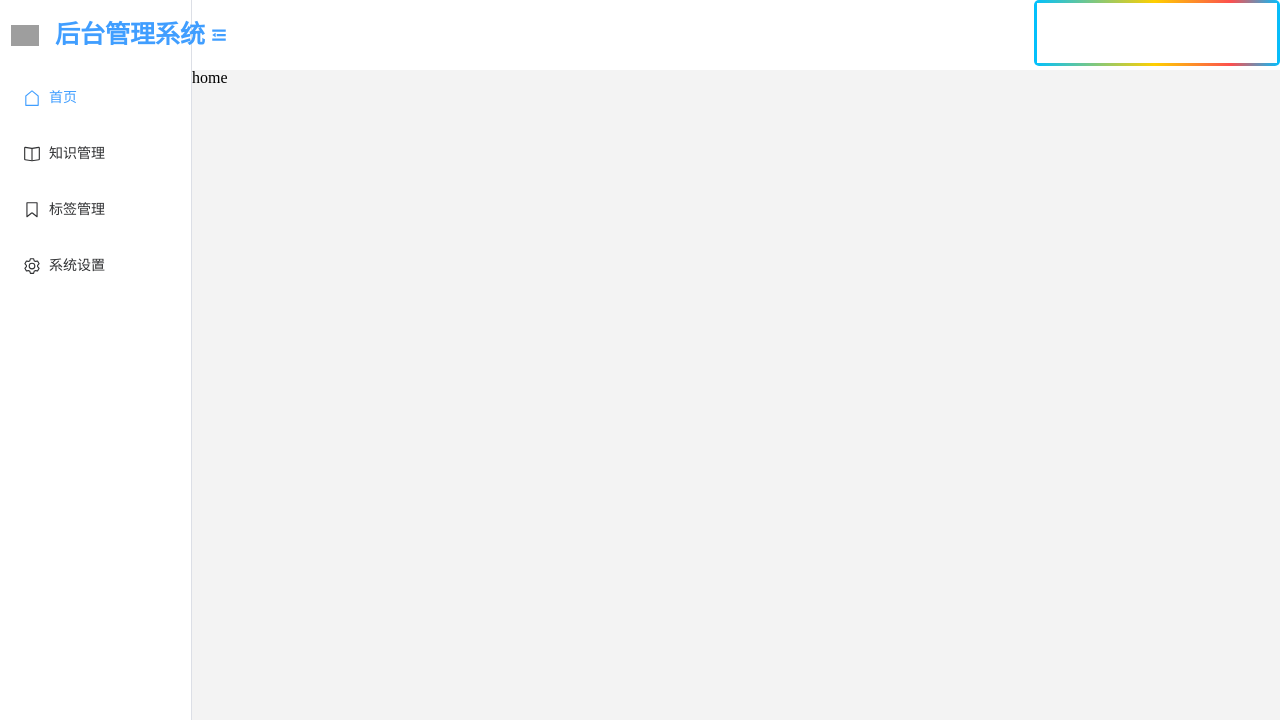
Repository: serrrN/admin
Page: /
These files come from the project's save history. The page is drawn as it stood at one moment and after the next save; the edit follows.
The browser window is 1280 px wide. The pictures show the whole page.
Pictures or frames that could not be fetched are drawn as grey boxes. The project was rebuilt for these pictures with package versions that can differ from the ones it lists, and the page was loaded fresh each time. Also part of the build but not shown: vite.config.ts, src/styles/index.scss.

Above is the page before, as saved 2024-06-05 16:44:12.

After the next save:
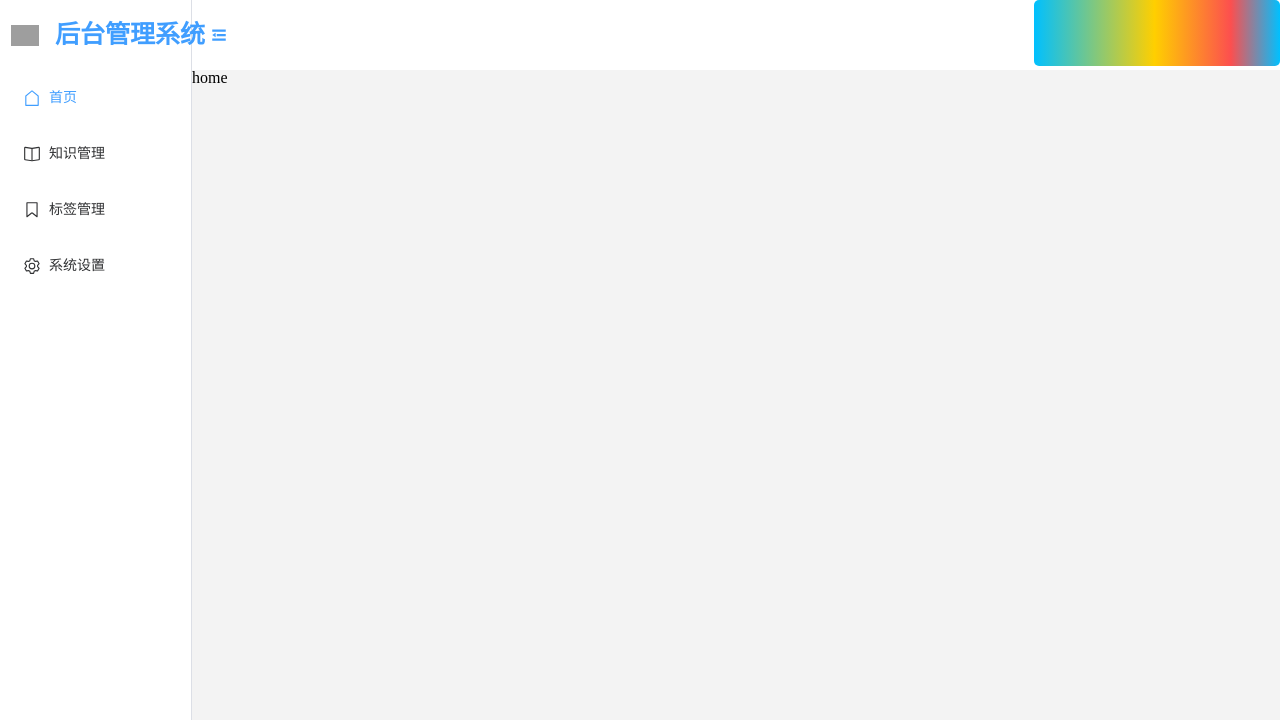
Saved 27 s later.
--- a/src/layout/header/menu/index.vue
+++ b/src/layout/header/menu/index.vue
@@ -21,19 +21,20 @@
   position: relative;
   &::before {
     content: '';
-    width: calc(240px);
-    height: calc(60px);
+    width: 0;
+    height: 0;
     background-color: white;
     display: flex;
     align-items: center;
     justify-content: center;
     visibility: visible;
   }
-
 }
-.header-menu:hover{
-    &::before{
-      visibility: hidden;
-    }
+.header-menu:hover {
+  &::before {
+    width: calc(240px);
+    height: calc(60px);
+    visibility: hidden;
   }
+}
 </style>

After the save that followed:
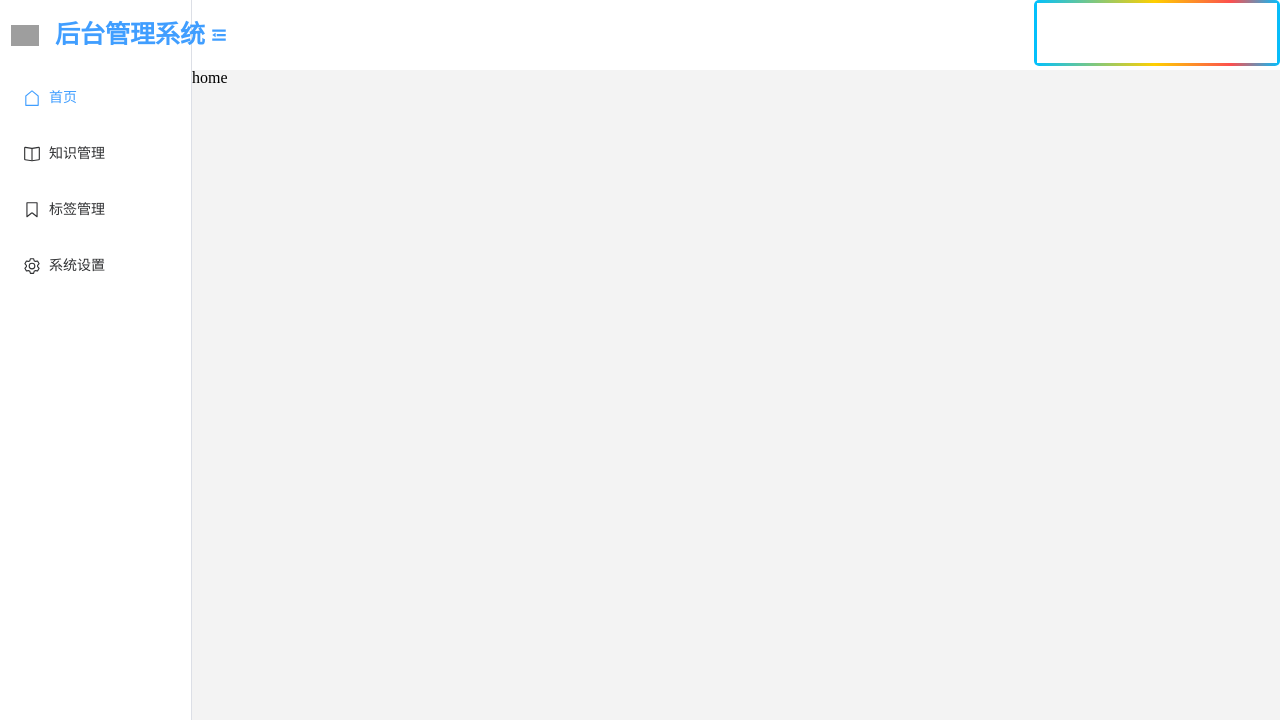
Saved 32 s later.
--- a/src/layout/header/menu/index.vue
+++ b/src/layout/header/menu/index.vue
@@ -19,22 +19,20 @@
   align-items: center;
   cursor: pointer;
   position: relative;
+  visibility: visible;
   &::before {
     content: '';
-    width: 0;
-    height: 0;
+    width: calc(240px);
+    height: calc(60px);
     background-color: white;
     display: flex;
     align-items: center;
     justify-content: center;
-    visibility: visible;
+
   }
+
 }
-.header-menu:hover {
-  &::before {
-    width: calc(240px);
-    height: calc(60px);
-    visibility: hidden;
+.header-menu:hover{
+  visibility: hidden;
   }
-}
 </style>
